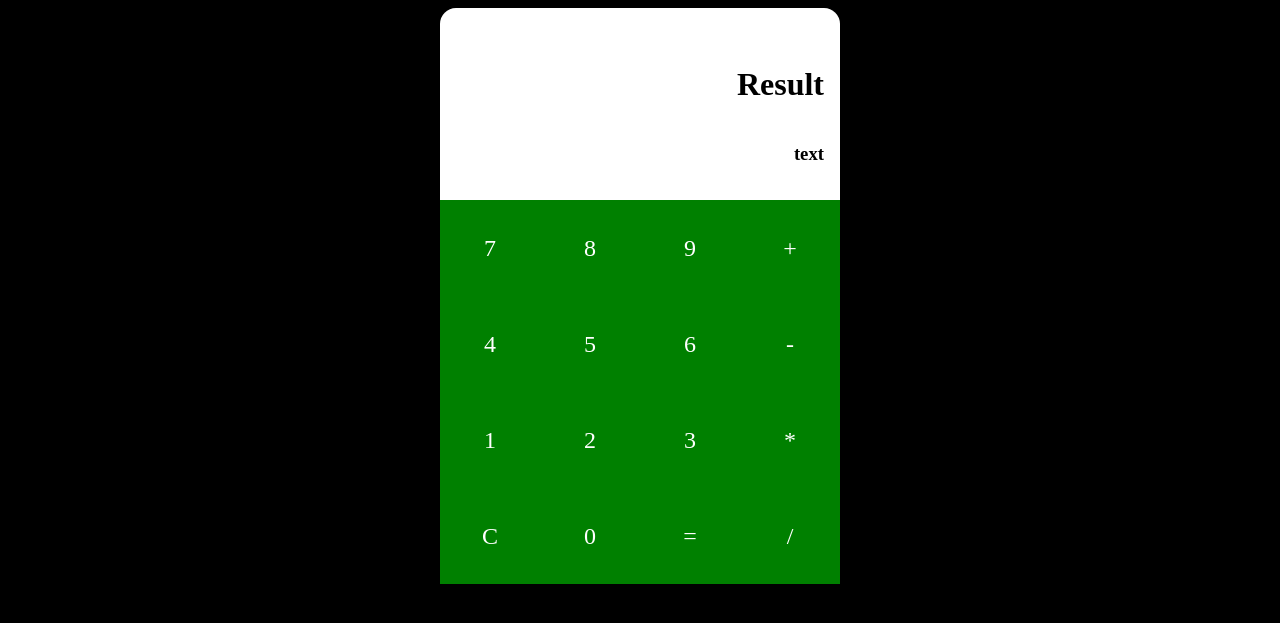
Repository: rajratangm/xcalculator
Page: /
These files come from the project's save history. The page is drawn as it stood at one moment and after a run of saves; the edit follows.
The browser window is 1280 px wide. The pictures show the whole page.
The project was rebuilt for these pictures with package versions that can differ from the ones it lists, and the page was loaded fresh each time. Also part of the build but not shown: vite.config.js.

Above is the page before, as saved 2024-04-02 19:10:57.

### src/App.jsx
import {useState} from 'react'
import Button from './Component/Button/Button'
import Input from './Component/Input/Input'
import './App.css'
// import Keyboard from './Component/Keyboard'

function App() {


  return (
    <div className='App'>

    <div className='calculator-wrapper'>
      <Input/>
   <div className='row'>
    <Button symbol='7'/>
    <Button symbol='8'/>
    <Button symbol='9'/>
    <Button symbol='+'/>

   </div>
   <div className='row'>
   <Button symbol='4'/>
    <Button symbol='5'/>
    <Button symbol='6'/>
    <Button symbol='-'/>

   </div>
   <div className='row'>
   <Button symbol='1'/>
    <Button symbol='2'/>
    <Button symbol='3'/>
    <Button symbol='*'/>

   </div>


   <div className='row'>
   <Button symbol='C'/>
    <Button symbol='0'/>
    <Button symbol='='/>
    <Button symbol='/'/>

   </div>
    </div>

    </div>
  )
  }
export default App

### src/Component/Button/Button.jsx
import './Button.css'


const Button=({symbol})=>{
    return <div className='button-wrapper'>
{symbol}
    </div>
}

export default Button

### src/Component/Input/Input.jsx
import './Input.css'


const Input=()=>{

    return <div className='input-wrapper'>
        <div className='result'>
            <h1>Result</h1>
        </div>
        <div className='text'>
            <h3> text</h3>
        </div>
    </div>
}

export default Input;

### src/App.css
body{
  background-color: black;

}

.App{
  display: flex;
  justify-content: center;
  align-items: center;
}

.calculator-wrapper{
  background-color:white;
  width:400px;
  border-radius: 16px;

}

.row{
  display: flex;
}

### src/Component/Button/Button.css
.button-wrapper{
    height: 4em;
    display: flex;
    align-items: center;
    justify-content: center;
    font-size: 24px;
    background-color:green;
    color:#ffffff;
    flex:1;

}

### src/Component/Input/Input.css
.input-wrapper{
    height: 10em;
    display: flex;
    justify-content: flex-end;
    align-items: flex-end;
    flex-direction: column;
    padding: 16px
}

Loaded but not shown: index.html (common file); src/main.jsx (common file)

After the next 8 saves:
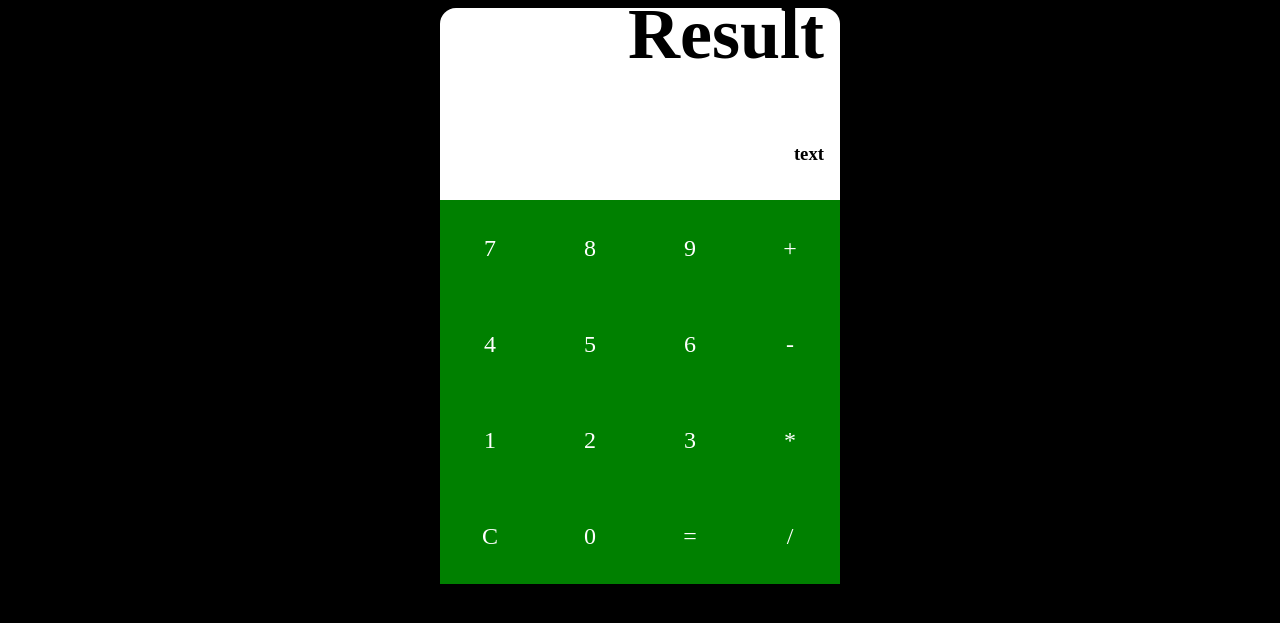
The 8 saves are shown as one change because they came seconds apart.
The last was saved 19 s later.
--- a/src/Component/Input/Input.css
+++ b/src/Component/Input/Input.css
@@ -6,3 +6,9 @@
     flex-direction: column;
     padding: 16px
 }
+
+.result{
+    flex:1;
+    font-size: 36px;
+
+}
